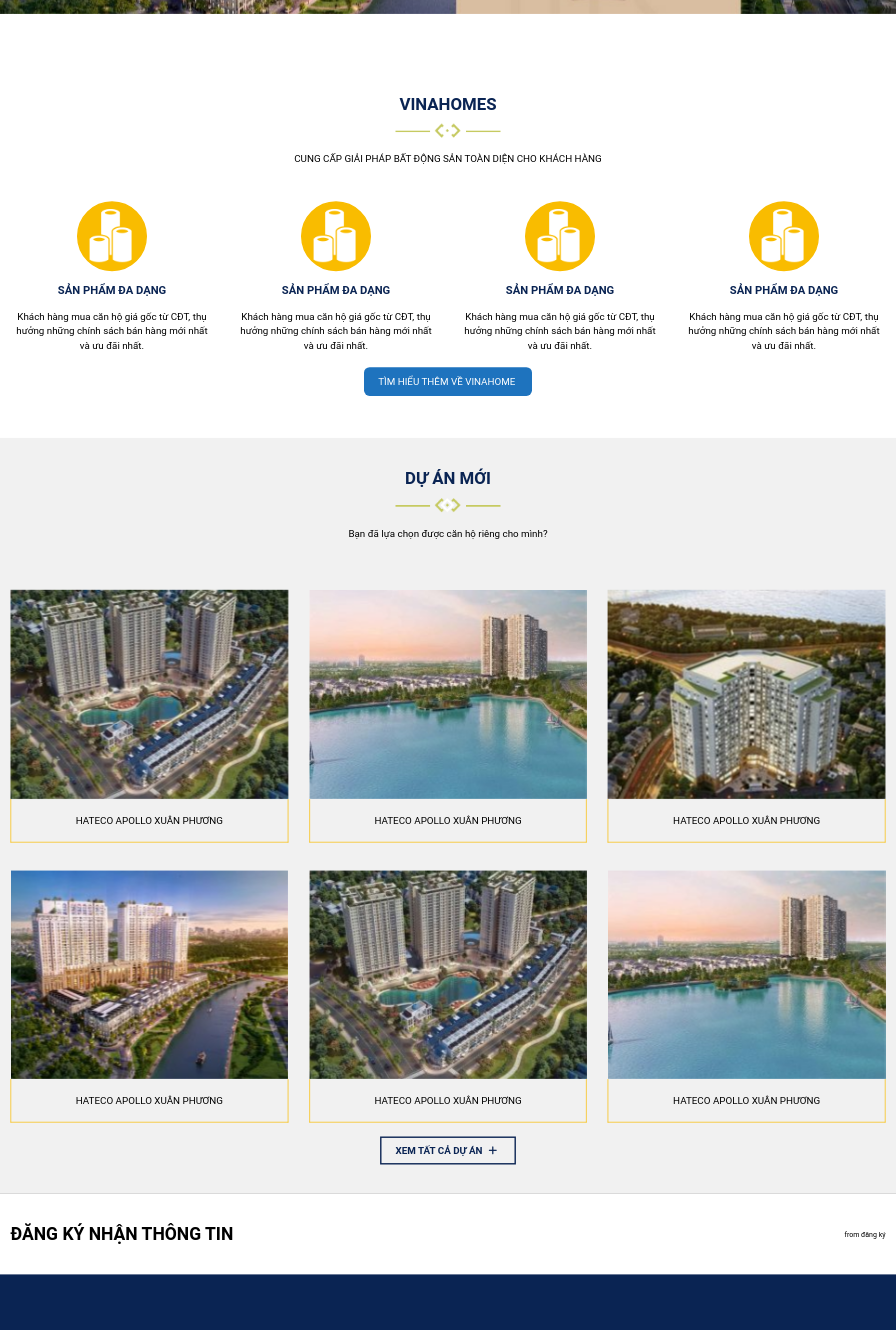
Repository: phamphuc2/fontend-bds
Page: index.html
These files come from the project's save history. The page is drawn as it stood at one moment and after the next save; the edit follows.
The browser window is 1280 px wide. The pictures show the part of the page from y = 542 to 2442 px (the page is 2905 px tall before and 3409 px after), at 70% of full size.
A picture or video elsewhere on the page could not be fetched, so the positions and the page height are approximate. Backgrounds fixed to the window are drawn as part of the page. Some web libraries are served in a nearby version.

Above is the page before, as saved 2022-06-08 16:31:17.

### index.html
<!DOCTYPE html>
<html lang="en">

<head>
    <meta charset="UTF-8">
    <meta http-equiv="X-UA-Compatible" content="IE=edge">
    <meta name="viewport" content="width=device-width, initial-scale=1.0">
    <title>BDS</title>
    <!-- linl css -->
    <link rel="stylesheet" href="libs/slick/slick.css">
    <link rel="stylesheet" href="libs/slick/slick-theme.css">
    <link rel="stylesheet" href="./assets/css/bootstrap.css">
    <link rel="stylesheet" href="./assets/css/theme.css">
    <link rel="stylesheet " href="./style.css ">
    <!-- link thư viện -->
    <link rel="stylesheet " href="https://cdnjs.cloudflare.com/ajax/libs/font-awesome/6.1.1/css/all.min.css ">
    <!-- link font -->
    <link rel="preconnect" href="https://fonts.googleapis.com">
    <link rel="preconnect" href="https://fonts.gstatic.com" crossorigin>
    <link
        href="https://fonts.googleapis.com/css2?family=Roboto+Flex:opsz,wght@8..144,200;8..144,300;8..144,400;8..144,500;8..144,600;8..144,700;8..144,800;8..144,900&display=swap"
        rel="stylesheet">
</head>

<body>
    <!-- Header -->
    <header class="header">
        <div class="header-top">
            <div class="container">
                <div class="inner">
                    <div class="box-left">
                        <div class="map">
                            <i class="fa-solid fa-location-dot"></i>
                            <span>Phước sơn, Quảng Nam</span>
                        </div>
                        <div class="phone">
                            <i class="fa-solid fa-phone"></i>
                            <span>0397111570</span>
                        </div>
                    </div>
                    <div class="box-right">
                        <ul class="list-info">
                            <li class="item">
                                <a href="">
                                    <i class="fa-brands fa-facebook-f"></i>
                                </a>
                            </li>
                            <li class="item">
                                <a href="">
                                    <i class="fa-brands fa-instagram"></i>
                                </a>
                            </li>
                            <li class="item">
                                <a href="">
                                    <i class="fa-brands fa-twitter"></i>
                                </a>
                            </li>
                        </ul>
                    </div>
                </div>
            </div>
        </div>

        <div class="header-bottom">
            <div class="container">
                <div class="inner">
                    <div class="header-bottom-left">
                        <a href="">
                            <div class="logo">
                                <img src="./assets/images/logo.png" alt="">
                            </div>
                        </a>
                    </div>
                    <div class="header-bottom-right">
                        <ul class="menu">
                            <li>
                                <a href="./index.html">Trang chủ</a>
                            </li>
                            <li>
                                <a href="./about.html">Giới Thiệu</a>
                            </li>
                            <li>
                                <a href="./taxonomy.html">Dự Án</a>
                            </li>
                            <li>
                                <a href="./taxonomy.html">Tin Tức</a>
                            </li>
                            <li>
                                <a href="./blogs.html">Tuyển Dụng</a>
                            </li>
                            <li>
                                <a href="./contact.html">Liên hệ</a>
                            </li>
                        </ul>
                        <div class="btn-project">
                            <a href="">ĐĂNG KÝ DỰ ÁN</a>
                        </div>
                    </div>

                </div>
            </div>
        </div>
    </header>
    <!-- End header -->

    <!-- slide-home -->
    <section class="slide-home">
        <div class="box-slide">
            <div class="box-item">
                <div class="img-wrap">
                    <img src="/assets/images/slide-bg-1.jpg" alt="">
                </div>
                <div class="img-wrap">
                    <img src="./assets/images/slide-bg-2.jpg" alt="">
                </div>
                <div class="img-wrap">
                    <img src="./assets/images/slide-bg-3.jpg" alt="">
                </div>

            </div>
        </div>
        <div class="arrow">
            <a class="arrow-left">
                <i class="fa-solid fa-chevron-left icon-arrow-left"></i>
            </a>
            <a class="arrow-right">
                <i class="fa-solid fa-chevron-right icon-arrow-right"></i>
            </a>
        </div>
    </section>
    <!-- end slide-home -->

    <!-- section vinahome -->
    <section class="vinahome">
        <div class="container">
            <div class="row">
                <div class="col-12">
                    <div class="inner-top">
                        <h2 class="title">VINAHOMES</h2>
                        <div class="is-drive"></div>
                        <p class="desc">CUNG CẤP GIẢI PHÁP BẤT ĐỘNG SẢN TOÀN DIỆN CHO KHÁCH HÀNG</p>
                    </div>
                </div>
                <div class="col-lg-3">
                    <div class="item">
                        <div class="icon">
                            <img src="./assets/images/icon1.png" alt="">
                        </div>
                        <div class="content">
                            <h2 class="title">SẢN PHẨM ĐA DẠNG</h2>
                            <p class="desc">Khách hàng mua căn hộ giá gốc từ CĐT, thụ hưởng những chính sách bán hàng
                                mới nhất và ưu đãi nhất.</p>
                        </div>
                    </div>
                </div>
                <div class="col-lg-3">
                    <div class="item">
                        <div class="icon">
                            <img src="./assets/images/icon1.png" alt="">
                        </div>
                        <div class="content">
                            <h2 class="title">SẢN PHẨM ĐA DẠNG</h2>
                            <p class="desc">Khách hàng mua căn hộ giá gốc từ CĐT, thụ hưởng những chính sách bán hàng
                                mới nhất và ưu đãi nhất.</p>
                        </div>
                    </div>
                </div>
                <div class="col-lg-3">
                    <div class="item">
                        <div class="icon">
                            <img src="./assets/images/icon1.png" alt="">
                        </div>
                        <div class="content">
                            <h2 class="title">SẢN PHẨM ĐA DẠNG</h2>
                            <p class="desc">Khách hàng mua căn hộ giá gốc từ CĐT, thụ hưởng những chính sách bán hàng
                                mới nhất và ưu đãi nhất.</p>
                        </div>
                    </div>
                </div>
                <div class="col-lg-3">
                    <div class="item">
                        <div class="icon">
                            <img src="./assets/images/icon1.png" alt="">
                        </div>
                        <div class="content">
                            <h2 class="title">SẢN PHẨM ĐA DẠNG</h2>
                            <p class="desc">Khách hàng mua căn hộ giá gốc từ CĐT, thụ hưởng những chính sách bán hàng
                                mới nhất và ưu đãi nhất.</p>
                        </div>
                    </div>
                </div>
                <div class="col-12">
                    <div class="btn-learn-about">
                        <a href="">
                            TÌM HIỂU THÊM VỀ VINAHOME
                            <svg width="30" height="8" viewBox="0 0 30 8" fill="none"
                                xmlns="http://www.w3.org/2000/svg">
                                <path
                                    d="M29.3536 4.35355C29.5488 4.15829 29.5488 3.84171 29.3536 3.64645L26.1716 0.464466C25.9763 0.269204 25.6597 0.269204 25.4645 0.464466C25.2692 0.659728 25.2692 0.976311 25.4645 1.17157L28.2929 4L25.4645 6.82843C25.2692 7.02369 25.2692 7.34027 25.4645 7.53553C25.6597 7.7308 25.9763 7.7308 26.1716 7.53553L29.3536 4.35355ZM0 4.5H29V3.5H0V4.5Z"
                                    fill="#fff"></path>
                            </svg>
                        </a>

                    </div>
                </div>
            </div>
        </div>
    </section>
    <!-- end section vinahome -->

    <!-- section project -->
    <section class="project">
        <div class="container">
            <div class="row">
                <div class="col-12">
                    <div class="inner-top">
                        <h2 class="title">DỰ ÁN MỚI</h2>
                        <div class="is-drive"></div>
                        <p class="desc">Bạn đã lựa chọn được căn hộ riêng cho mình?</p>
                    </div>
                </div>
                <div class="col-lg-4 mg">
                    <a href="" class="item">
                        <div class="img-wrap">
                            <img src="./assets/images/project1.jpg" alt="">
                        </div>
                        <div class="item-content">
                            <p class="title">HATECO APOLLO XUÂN PHƯƠNG</p>
                        </div>
                    </a>
                </div>
                <div class="col-lg-4 mg">
                    <a href="" class="item">
                        <div class="img-wrap">
                            <img src="./assets/images/project2.jpg" alt="">
                        </div>
                        <div class="item-content">
                            <p class="title">HATECO APOLLO XUÂN PHƯƠNG</p>
                        </div>
                    </a>
                </div>
                <div class="col-lg-4 mg">
                    <a href="" class="item">
                        <div class="img-wrap">
                            <img src="./assets/images/project3.jpg" alt="">
                        </div>
                        <div class="item-content">
                            <p class="title">HATECO APOLLO XUÂN PHƯƠNG</p>
                        </div>
                    </a>
                </div>
                <div class="col-lg-4 mg">
                    <a href="" class="item">
                        <div class="img-wrap">
                            <img src="./assets/images/project4.jpg" alt="">
                        </div>
                        <div class="item-content">
                            <p class="title">HATECO APOLLO XUÂN PHƯƠNG</p>
                        </div>
                    </a>
                </div>
                <div class="col-lg-4 mg">
                    <a href="" class="item">
                        <div class="img-wrap">
                            <img src="./assets/images/project1.jpg" alt="">
                        </div>
                        <div class="item-content">
                            <p class="title">HATECO APOLLO XUÂN PHƯƠNG</p>
                        </div>
                    </a>
                </div>
                <div class="col-lg-4 mg">
                    <a href="" class="item">
                        <div class="img-wrap">
                            <img src="./assets/images/project2.jpg" alt="">
                        </div>
                        <div class="item-content">
                            <p class="title">HATECO APOLLO XUÂN PHƯƠNG</p>
                        </div>
                    </a>
                </div>
                <div class="col-12">
                    <div class="btn-project">
                        <a href="">
                            XEM TẤT CẢ DỰ ÁN
                            <i class="fa-solid fa-plus"></i>
                        </a>

                    </div>
                </div>
            </div>
        </div>
    </section>
    <!-- end section project -->
    <!-- footer -->
    <footer class="footer">
        <div class="footer-top">
            <div class="container">
                <div class="item">
                    <div class="title">ĐĂNG KÝ NHẬN THÔNG TIN</div>
                    <div class="from">
                        from đăng ký
                    </div>
                </div>
            </div>
        </div>
        <div class="footer-main">
            <div class="container">
                <div class="row">
                    <div class="col-md-6 col-lg-3">
                        <div class="footer-info">
                            <span class="title">THÔNG TIN LIÊN HỆ</span>
                            <ul class="box-info">
                                <li class="item">
                                    <i class="fa-solid fa-location-dot icon-footer"></i>
                                    <a href="" class="text">Phước Sơn, Quảng Nam</a>
                                </li>
                                <li class="item">
                                    <i class="fa-solid fa-phone icon-footer"></i>
                                    <a href="" class="text">0397111570</a>
                                </li>
                                <li class="item">
                                    <i class="fa-solid fa-envelope-open-text icon-footer"></i>
                                    <a href="" class="text">mac.convstar@gmail.com</a>
                                </li>
                                <li class="item">
                                    <i class="fa-brands fa-skype icon-footer"></i>
                                    <a href="" class="text">phamphuc</a>
                                </li>
                            </ul>
                        </div>
                    </div>
                    <div class="col-md-6 col-lg-3">
                        <div class="box-link">
                            <span class="title">LIÊN KẾT</span>
                            <ul class="item-link">
                                <li class="item">
                                    <a href="">Giới thiệu</a>
                                </li>
                                <li class="item">
                                    <a href="">Đồng hồ nam</a>
                                </li>
                                <li class="item">
                                    <a href="">Đồng hồ nữ</a>
                                </li>
                                <li class="item">
                                    <a href="">Blogs</a>
                                </li>
                                <li class="item">
                                    <a href="">Liên hệ</a>
                                </li>
                            </ul>
                        </div>
                    </div>
                    <div class="col-md-6 col-lg-3">
                        <div class="box-link">
                            <span class="title">HỖ TRỢ KHÁCH HÀNG</span>
                            <ul class="item-link">
                                <li class="item">
                                    <a href="">Hướng dẫn mua hàng</a>
                                </li>
                                <li class="item">
                                    <a href="">Hướng dẫn thanh toán</a>
                                </li>
                                <li class="item">
                                    <a href="">Chính sách bảo hành</a>
                                </li>
                                <li class="item">
                                    <a href="">Chính sách đổi trả</a>
                                </li>
                                <li class="item">
                                    <a href="">Tư vấn khách hàng</a>
                                </li>
                            </ul>
                        </div>
                    </div>
                    <div class="col-md-6 col-lg-3">
                        <div class="footer-social">
                            <span class="title">PP STORE ON SOCIAL</span>
                            <ul class="box-social">
                                <li class="item-social">
                                    <a href="">
                                        <i class="fa-brands fa-facebook-f icon-social"></i>
                                    </a>
                                </li>
                                <li class="item-social">
                                    <a href="">
                                        <i class="fa-brands fa-instagram icon-social"></i>
                                    </a>
                                </li>
                                <li class="item-social">
                                    <a href="">
                                        <i class="fa-brands fa-twitter icon-social"></i>
                                    </a>
                                </li>
                                <li class="item-social">
                                    <a href="">
                                        <i class="fa-solid fa-rss icon-social"></i>
                                    </a>
                                </li>
                                <li class="item-social">
                                    <a href="">
                                        <i class="fa-brands fa-linkedin-in icon-social"></i>
                                    </a>
                                </li>
                            </ul>
                            <span class="title">CHỨNG NHẬN PP STORE</span>
                            <div class="footer-vn_registered">
                                <img src="./assets/images/chungnhan.png" alt="">
                            </div>
                        </div>
                    </div>
                </div>
            </div>
        </div>
        <div class="footer-bottom">
            <div class="container">
                <div class="copy-right">© Bản quyền thuộc về . Thiết kế website PP Store </div>
            </div>
        </div>
    </footer>
    <!-- footer -->








    <script src="./assets/js/jquery.min.js"></script>
    <script src="libs/slick/slick.min.js"></script>
    <script src="./assets/js/theme.js"></script>
</body>

</html>

### style.css
/*!
    Theme Name: ppstore
    Theme URI: https://ppstore.vn
    Author: Sticky.vn
    Author URI: https://ppstore.vn
    Description: Website duoc thiet ke boi ppstore
    Version: 1.0.0
    License: GNU General Public License v2 or later
    License URI: LICENSE
    Text Domain: ppstore
*/


/*
|--------------------------------------------------------------------------
| Theme CSS
|--------------------------------------------------------------------------
|
| About author: https://ppstore.vn/
|
*/

:root {
    --primary-color: #EDD54B;
    --btn-color: #78944F;
    --background-main: #E5E5E5;
    --white-color: #ffffff;
    --dark-color: #373737;
    --gray-color: #D3D3D3;
    --gray-color-2: #F2F2F2;
    --text-color: #000;
    --border-color: #5A6B31;
    --font-family: 'Roboto', sans-serif;
    --border-radius: 8px;
}

.container {
    width: 1400px;
    max-width: 100%;
    margin: 0 auto;
    padding-left: 15px;
    padding-right: 15px;
}

html {
    font-family: var(--font-family);
    font-size: 62.5%;
    /*tương đương 10px*/
    line-height: 1.5;
    background-color: var(--white-color);
    overflow-x: hidden;
}

h1,
h2,
h3,
h4,
h5,
h6,
strong {
    font-family: var(--font-family), sans-serif;
    font-weight: bold;
}

ul,
ol {
    list-style: none;
}

a {
    color: var(--text-color);
    text-decoration: none;
    transition: all .3s ease-in-out;
    -webkit-transition: all .3s ease-in-out;
}

img {
    width: 100%;
    height: auto;
    object-fit: cover;
    transition: all .3s ease-in-out;
    -webkit-transition: all .3s ease-in-out;
}

.img-wrap {
    position: relative;
    height: auto;
    overflow: hidden;
    background-position: 50% 50%;
    background-size: cover;
    padding-top: 56.25%;
}

.img-wrap img {
    display: inline-block;
    vertical-align: middle;
    max-width: 100%;
    transform: translateZ(0);
    margin: 0 auto;
    right: 0;
    width: 100%;
    height: 100%;
    bottom: 0;
    left: 0;
    top: 0;
    position: absolute;
    object-position: 50% 50%;
    object-fit: cover;
}

.block-title {
    width: 80%;
    margin: 0 auto;
    margin-bottom: 32px
}

.block-title .title {
    font-family: var(--font-family);
    font-weight: 400;
    font-size: 3.2rem;
    line-height: 31px;
    color: var(--text-color);
    text-transform: uppercase;
}

.text-center {
    text-align: center;
}

.bg-image {
    background-repeat: no-repeat;
    background-position: center;
    background-size: cover;
}

.d-flex_align-center {
    display: flex;
    align-items: center;
}

.grid {
    display: flex;
    flex-wrap: wrap;
    margin-left: -20px;
}

.grid-item {
    padding-left: -20px;
}

.btn,
button {
    background: transparent;
    border: none;
    font-size: 1.4rem;
    outline: none;
}

.btn-border {
    border: 1px solid var(--border-color);
    border-radius: 8px;
    color: var(--border-color);
    font-weight: 500;
}

.section {
    padding: 40px 0;
}


/* Responsive */

@media screen and (max-width: 991px) {}

@media screen and (max-width: 767px) {}


/* End Responsive */

Loaded but not shown: libs/slick/slick.css (common file); libs/slick/slick-theme.css (library); assets/css/bootstrap.css (library); assets/js/jquery.min.js (library); libs/slick/slick.min.js (library); assets/js/theme.js (88 lines, source omitted); assets/css/theme.css (471 lines, source omitted)

After the next save:
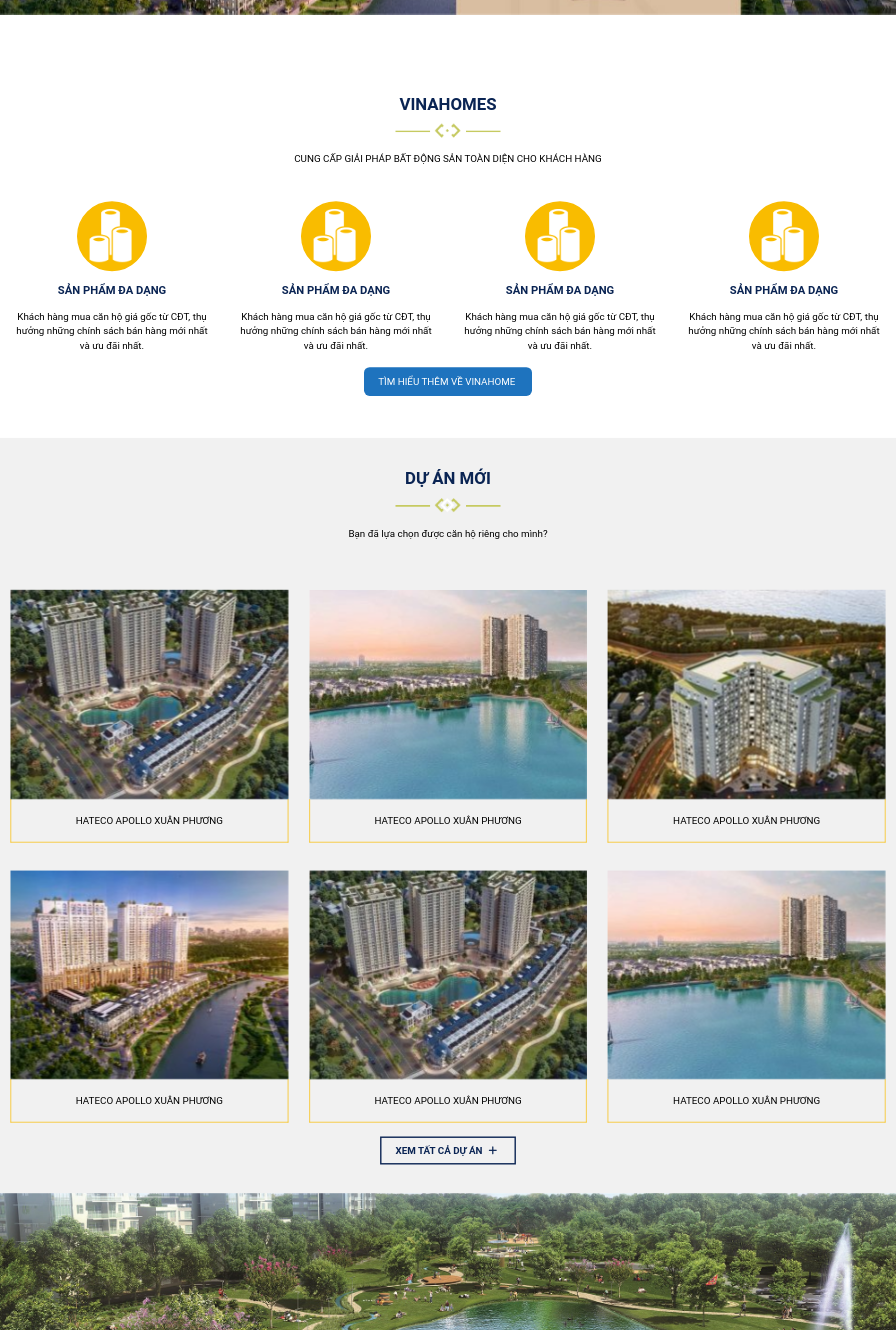
Saved 5 s later.
--- a/index.html
+++ b/index.html
@@ -292,6 +292,12 @@
         </div>
     </section>
     <!-- end section project -->
+
+    <section class="contact-home">
+        <div class="container">
+
+        </div>
+    </section>
     <!-- footer -->
     <footer class="footer">
         <div class="footer-top">
